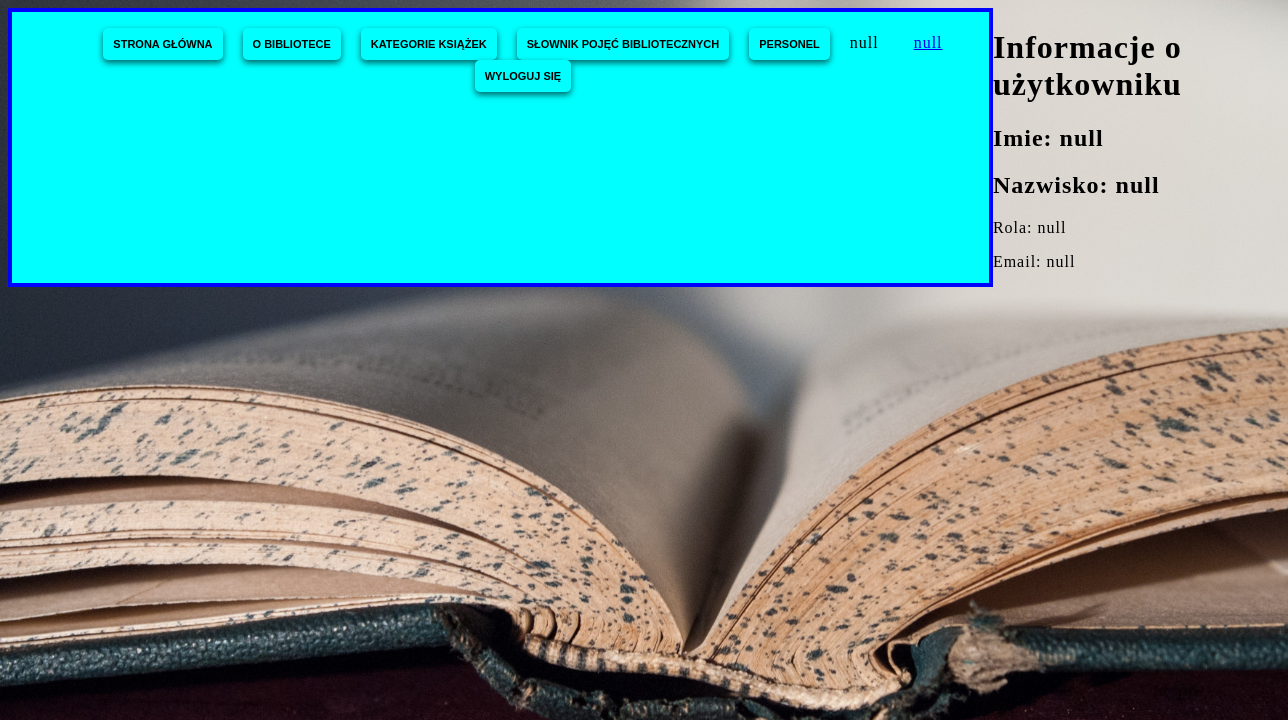
Repository: Dominik098/projekt
Page: http://localhost/biblioteka/info_o_koncie.jsp
These files come from the project's save history. The page is drawn as it stood at one moment and after the next save; the edit follows.
The browser window is 1280 px wide. The page is 1288 px wide, so the pictures cover 1288 px, including what lies to the right of the window. The pictures show the whole page.
The page is served by Tomcat 9. Other server files are loaded and not shown.

Above is the page before, as saved 2023-06-21 07:28:04.

### java projekt/biblioteka/src/main/webapp/info_o_koncie.jsp
 <%@ page language="java" contentType="text/html; charset=UTF-8"%>
<!DOCTYPE html>
<html>
<head>
  <title>Informacje o użytkowniku</title>
  <link rel="stylesheet" type="text/css" href="info_uz.css">
</head>
<body>

<header>
        <nav>
            <ul>
               <li class="znacznik" ><a href="A_strona-gl.jsp"><button class="pobierz" >Strona główna</button></a></li>
                <li class="znacznik" ><a href="B_O bibiotece.jsp"><button class="pobierz" >O bibliotece</button></a></li>
                <li  class="znacznik"><a href="C_Kategorie-książek.jsp"><button class="pobierz">Kategorie książek</button></a></li>
                <!--   <li><a href="D_Wypożyczenia.jsp"><button class="pobierz" >Wypożyczane </a></li>-->
                <li class="znacznik"><a href="E_Słownik pojęć.jsp"><button class="pobierz" >Słownik pojęć bibliotecznych</button></a></li>
                <li class="znacznik"><a href="F_personel.jsp"><button class="pobierz" >Personel</button></a></li>
               <!-- <li class="znacznik"><a href="G_login.jsp">Logowanie</a></li>
                <li class="znacznik"><a href="H_rejestracja.jsp">Rejestracja</a></li>-->

                 <li> <a > <%=session.getAttribute("administrator") %></a><li>


                 <li><a href="info_o_koncie.jsp"><i class="fa fa-user"></i> <%=session.getAttribute("email-login") %></a></li>




                <li  ><a href="#" onclick="confirmLogout()"><button class="pobierz" >Wyloguj się</button></a></li>

            </ul>

        </nav>

    </header>
  <div class="container">
    <h1>Informacje o użytkowniku</h1>
    <div class="user-info">
      <div class="user-details">
        <h2>Imie: <%=session.getAttribute("aimie") %></h2>
        <h2>Nazwisko: <%=session.getAttribute("anazwisko") %></h2>
        <p>Rola: <%=session.getAttribute("administrator") %></p>
        <p>Email: <%=session.getAttribute("email-login") %></p>


      </div>
    </div>
  </div>
</body>
</html>

### java projekt/biblioteka/src/main/webapp/info_uz.css


body {
  width: 100%;
  height: 100%;
  display: flex;
  justify-content: center;
  letter-spacing: 1px;
  background-color: #0c1022;
  background-image: url(zdj.jpg);
  background-size: 1400px;
}









header {
    border: 4px;
    background-color: aqua;
    border: 4px solid blue;
    padding-bottom: 2px;
    width:100%;

}

.nav {
    text-align: center;
    padding: 10px;

}

ul li {
    display: inline;
    margin-left: 5px;
    padding: 5px;


}

ul {
    text-align: center;
}


main {
    padding: 3px;
    background-color: blueviolet;
}

.pobierz{

  display: inline-block;
  padding: 10px 10px;
  font-size: 11px;
  font-weight: bold;
  text-align: center;
  text-transform: uppercase;
  color: black;
  background-color:  aqua;
  border: none;
  border-radius: 5px;
  box-shadow: 0 3px 6px rgba(0, 0, 0, 0.6);
  cursor: pointer;
  transition: background-color 0.3s ease;
}

.pobierz:hover {
  background-color: #0056b3;
}

After the next save:
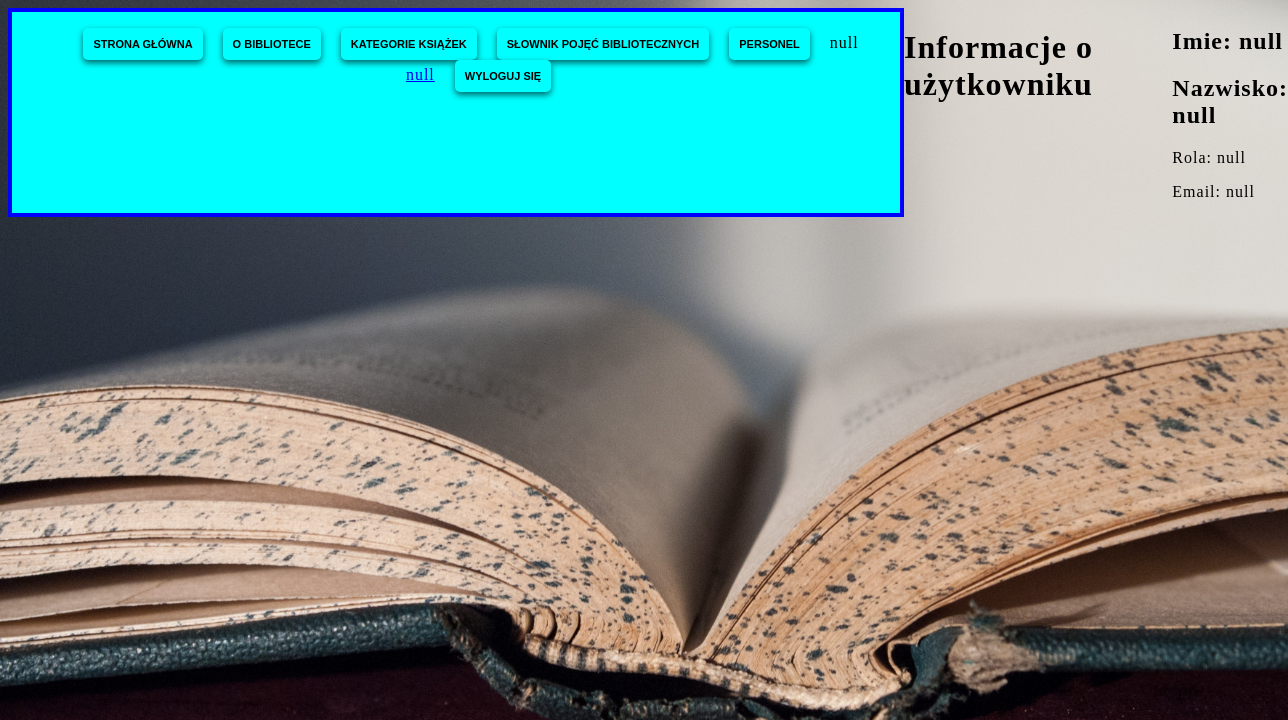
Saved 57 s later.
--- a/java projekt/biblioteka/src/main/webapp/info_o_koncie.jsp
+++ b/java projekt/biblioteka/src/main/webapp/info_o_koncie.jsp
@@ -34,7 +34,7 @@
         </nav>
 
     </header>
-  <div class="container">
+  <h1>
     <h1>Informacje o użytkowniku</h1>
     <div class="user-info">
       <div class="user-details">
@@ -46,6 +46,6 @@
 
       </div>
     </div>
-  </div>
+  </h1>
 </body>
 </html>
